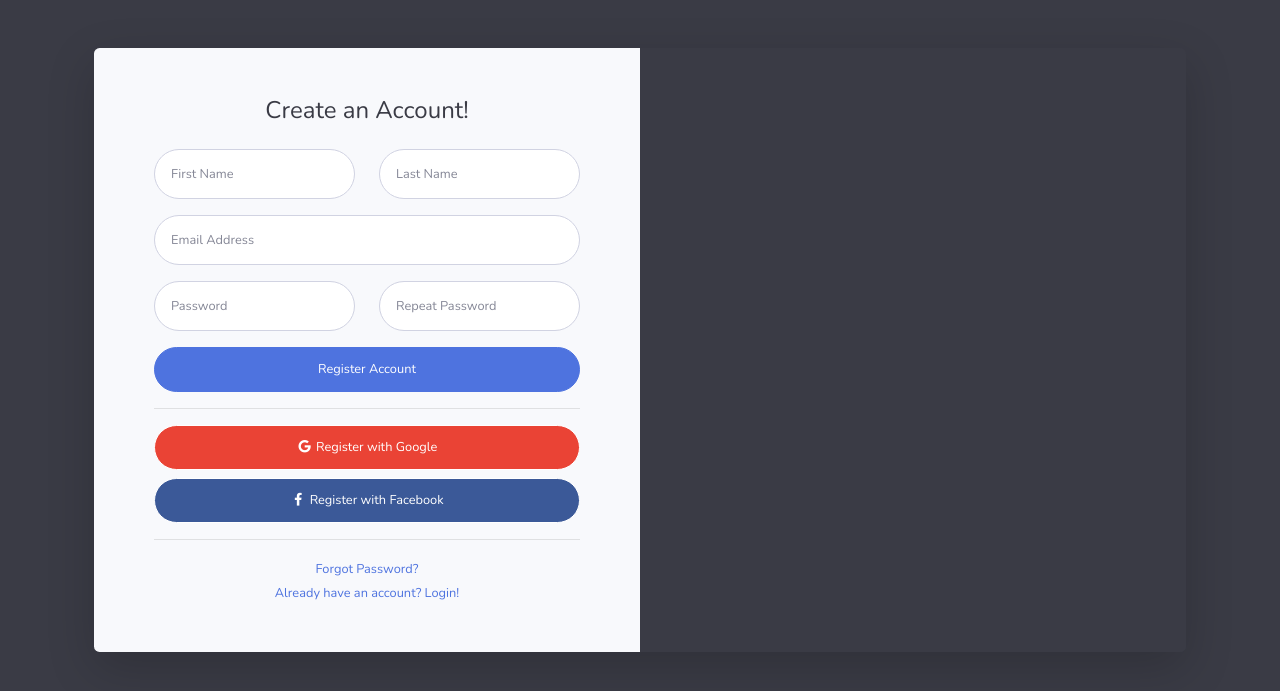
Repository: TuanLe8899/SpringBootProject
Page: http://localhost/register
An editor plug-in stored every save of this project. The page is shown before and after the next save, followed by the edit.
The browser window is 1280 px wide. The pictures show the whole page.
The page is this project's Thymeleaf template; nobody is signed in. The template is opened directly, without the code that normally fills it, so the values that code supplies are empty.

Above is the page before, as saved 2022-08-24 15:00:19.

After the next save:
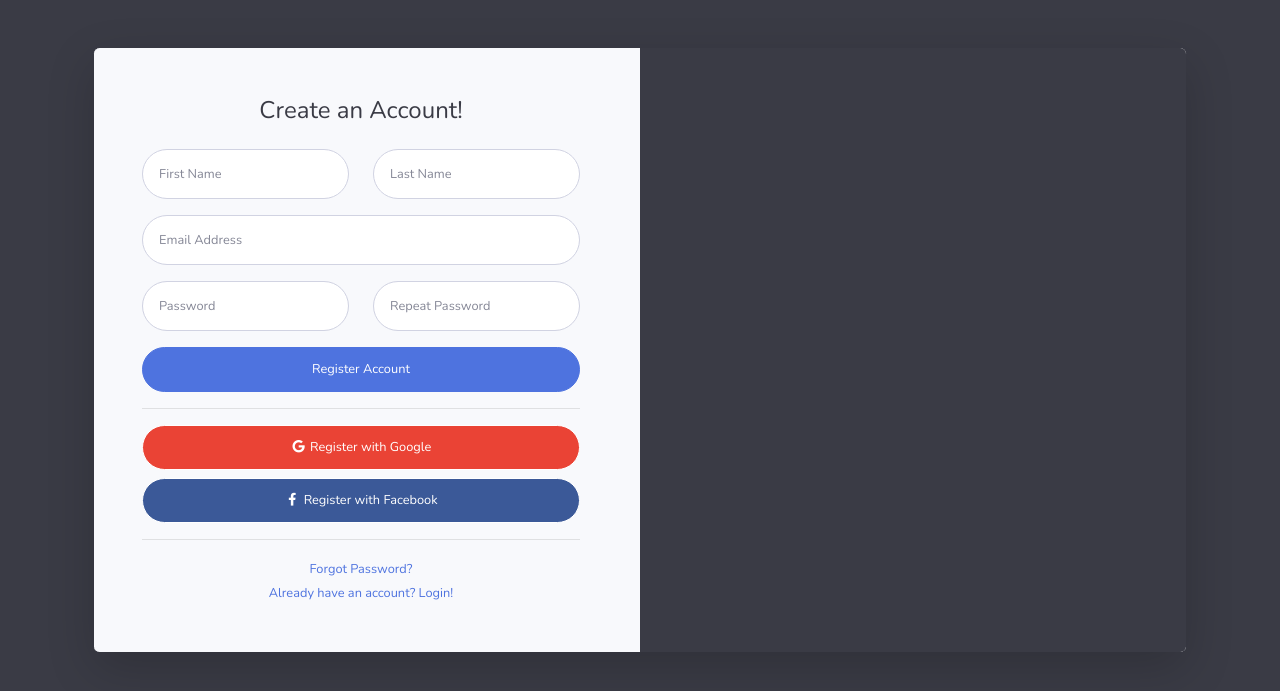
Saved 19 s later.
--- a/complaint_management/src/main/resources/templates/register.html
+++ b/complaint_management/src/main/resources/templates/register.html
@@ -27,9 +27,9 @@
 
     <div class="container">
 
-        <div class="card o-hidden border-0 shadow-lg my-5 bg-gray-900">
-            <div class="card-body p-0 bg-gray-900">
+        <div class="card o-hidden border-0 shadow-lg my-5">
                 <!-- Nested Row within Card Body -->
+                <div class="row bg-gray-900">
                     <div class="col-6 bg-gray-100">
                         <div class="p-5">
                             <div class="text-center">
@@ -80,7 +80,7 @@
                             </div>
                         </div>
                     </div>
-            </div>
+                </div>
         </div>
 
     </div>
